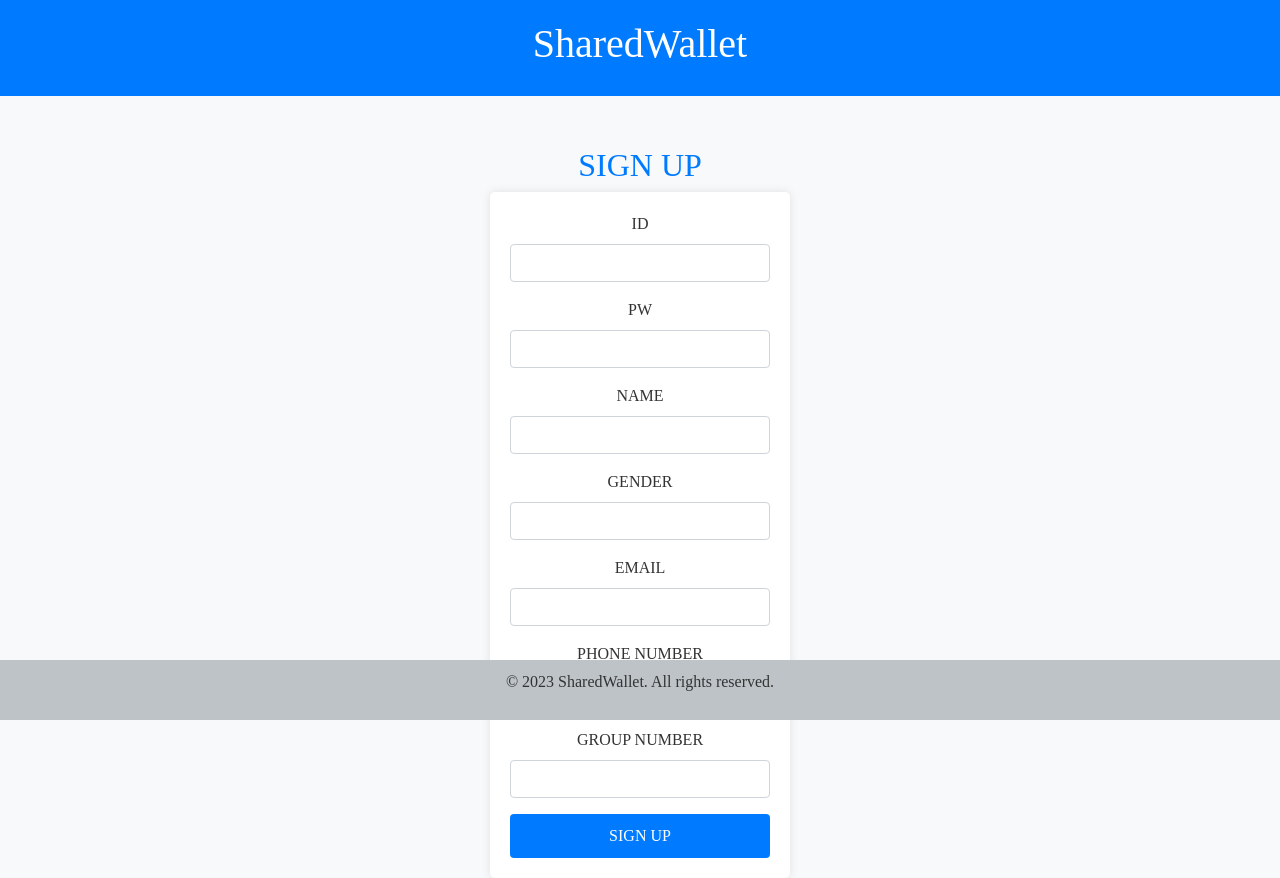
Repository: YoonHakyoung/SharedWallet
Page: http://localhost/Final_Exam/WEB-INF/views/member/signup_form.jsp
The author's editor kept a copy of each file at every save. The page is drawn from the files as they stood at one save, then again after the next save.
The browser window is 1280 px wide. The pictures show the whole page.
Some web fonts or font styles are not loaded; a fallback is used. The page is served by Tomcat 9. Nobody is signed in. The template is opened directly, without the code that normally fills it, so the values that code supplies are empty.

Above is the page before, as saved 2023-12-09 17:58:19.

After the next save:
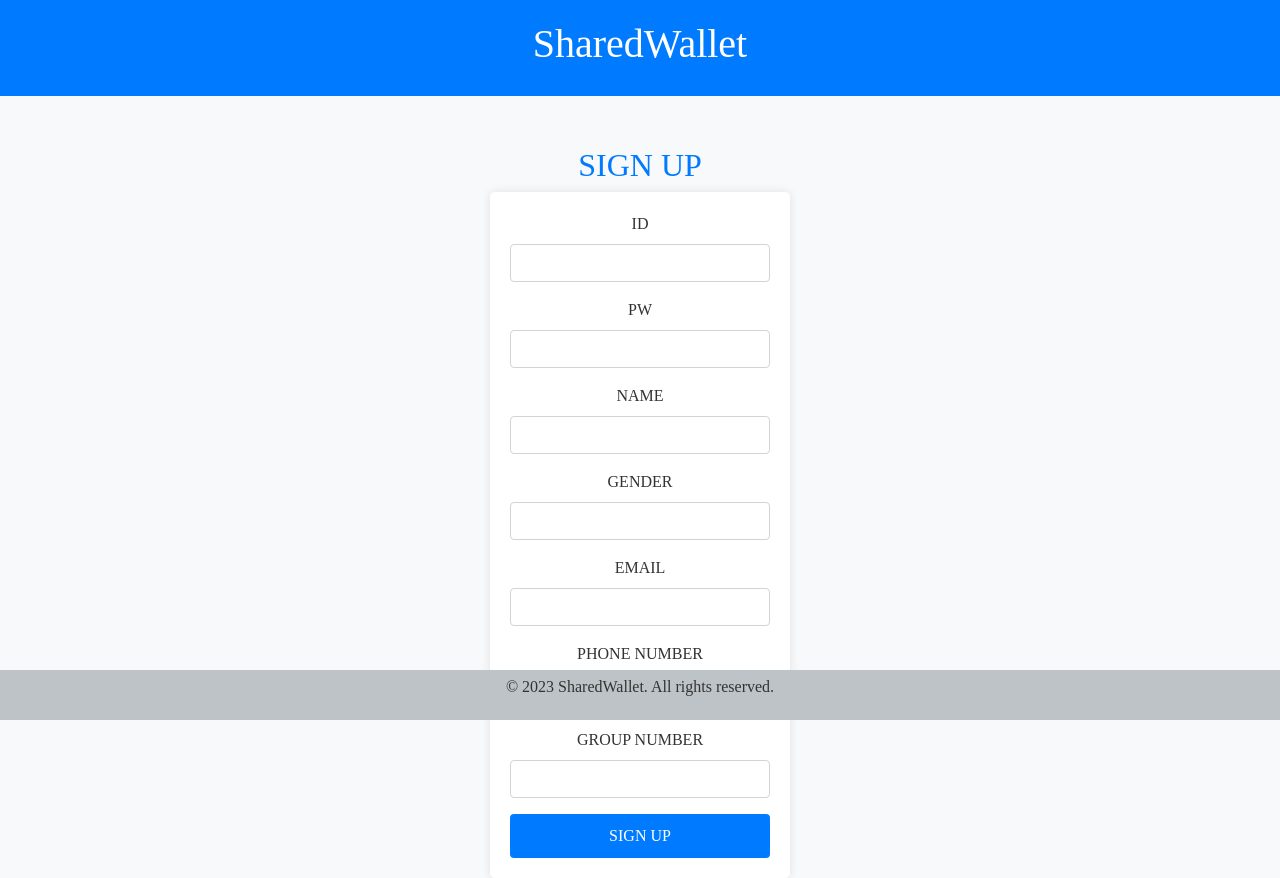
Saved 2 min 12 s later.
--- a/Spring/Project/Final Exam/src/main/webapp/WEB-INF/views/include/footer.jsp
+++ b/Spring/Project/Final Exam/src/main/webapp/WEB-INF/views/include/footer.jsp
@@ -1,6 +1,6 @@
 <!-- footer.jsp -->
 
-    <footer style="background-color: #bdc3c7; color: #333; padding: 10px;
+    <footer style="background-color: #bdc3c7; color: #333; padding: 5px;
             text-align: center;
             position: fixed;
             bottom: 0;
